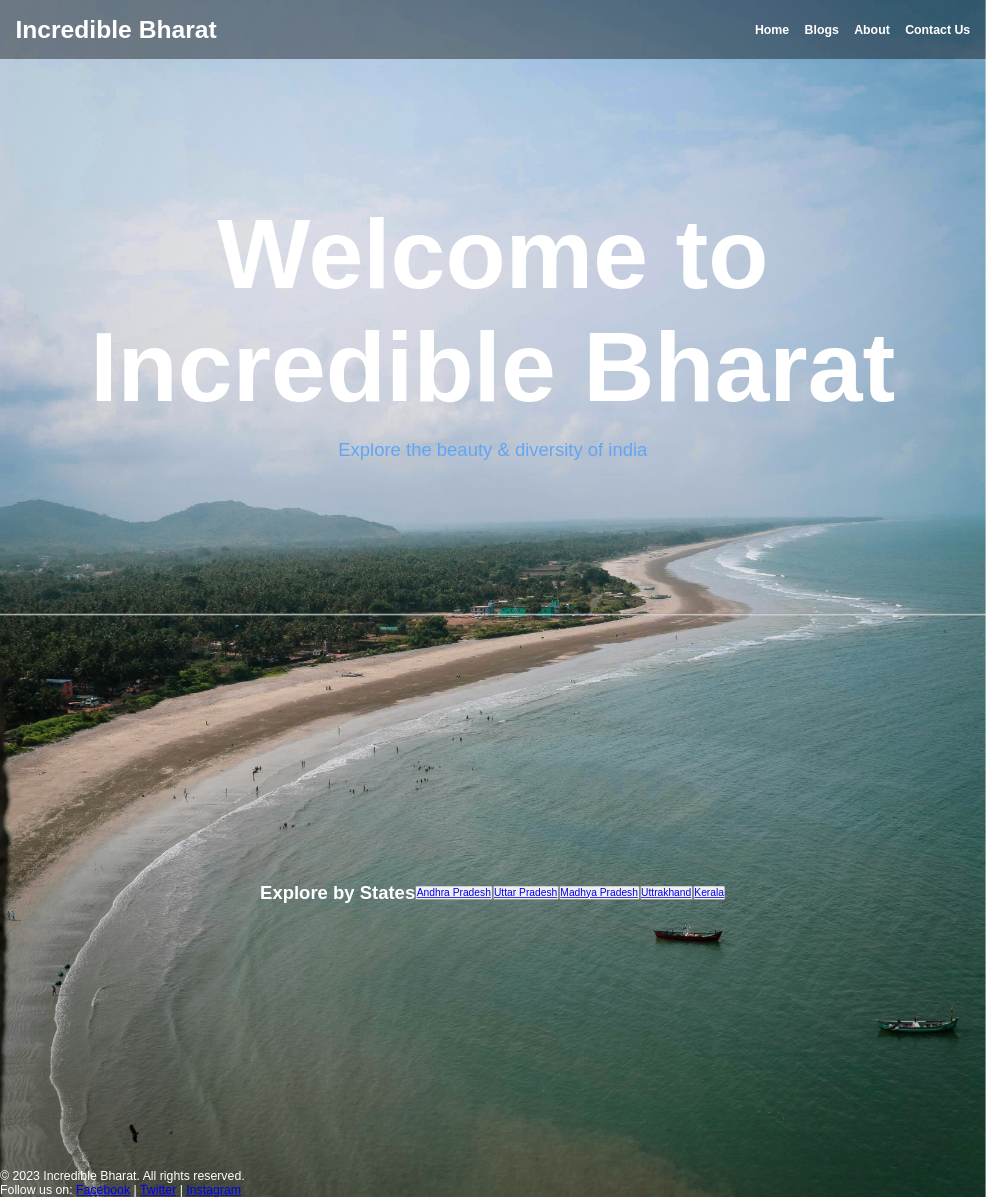
Repository: jaidhiman111/incrediblebharat
Page: index.html
An editor plug-in stored every save of this project. The page is shown before and after a run of saves, followed by the edit.
The browser window is 1280 px wide. The pictures show the whole page, at 77% of full size.
The pointer rests on the first visible `.hero-section a`.

Above is the page before, as saved 2025-04-30 22:09:41.

### index.html
<!DOCTYPE html>
<html lang="en">
<head>
    <meta charset="UTF-8">
    <link rel="stylesheet" href="/assets/style.css">
    <meta name="viewport" content="width=device-width, initial-scale=1.0">
    <title>Document</title>
</head>
<body>
    <!-- This is the header of the page. -->
    <header class="header">
        <div class="logo">
            <h1>Incredible Bharat</h1>
        </div>
        <div class="nav">
            <nav>
                <ul>
                    <li>
                        <a href="#">Home</a>
                        <a href="#">Blogs</a>
                        <a href="#">About</a>
                        <a href="#">Contact Us</a>
                    </li>
                </ul>
            </nav>
        </div>
    </header>
    <!-- This is the main content of the page. -->
     <main class="main-container">
        <section class="hero-section">
            <h2>Welcome to Incredible Bharat</h2>
            <a href="#">Explore the beauty & diversity of india</a>
        </section>
        <hr>
        <section class="state-section">
            <h2>Explore by States</h2>
            <button type="button"><a href="#">Andhra Pradesh</a></button>
            <button type="button"><a href="#">Uttar Pradesh</a></button>
            <button type="button"><a href="#">Madhya Pradesh</a></button>
            <button type="button"><a href="#">Uttrakhand</a></button>
            <button type="button"><a href="#">Kerala</a></button>
        </section>
     </main>
     <!-- This is the footer of the page. -->
      <footer class="footer">
        <div>
            <p>&copy; 2023 Incredible Bharat. All rights reserved.</p>
            <p>Follow us on:
                <a href="#">Facebook</a> |
                <a href="#">Twitter</a> |
                <a href="#">Instagram</a>
        </div>
      </footer>
</body>
</html>

### assets/style.css
* {
    box-sizing: border-box;
    margin: 0;
    padding: 0;
}

body {
    font-family: Arial, sans-serif;
    background-image: url('/media/bg-cover.jpg');
    background-size: cover;
    background-repeat: no-repeat;
    background-position: center;
    color: #fff;
}

/* This is for header */
.header {
    background-color: rgba(0, 0, 0, 0.4);
    display: flex;
    justify-content: space-between;
    align-items: center;
    padding: 20px;
    position: sticky;
    top: 0;
    text-align: center;
}

li {
    list-style: none;
    display: flex;
    gap: 20px;
}

li a {
    text-decoration: none;
    color: #fff;
    font-weight: bold;
}

a:hover {
    color: #ff6347;
}

/* This is for section */
.hero-section {
    display: flex;
    flex-direction: column;    /* stack items vertically */
    justify-content: center;   /* center vertically */
    align-items: center;       /* center horizontally */
    height: 100vh;
    text-align: center;
}

.hero-section h2 {
    font-size: 8rem;
    margin-bottom: 20px;
}

.hero-section a {
    text-decoration: none;
    color: #fff;
    font-size: 1.5rem;
    margin-bottom: 20px;
}

.hero-section a:hover {
    color: #62a6f3;
}

.state-section {
    display: flex;
    justify-content: center;
    align-items: center;
    height: 100vh;
    text-align: center;
}

After the next 2 saves:
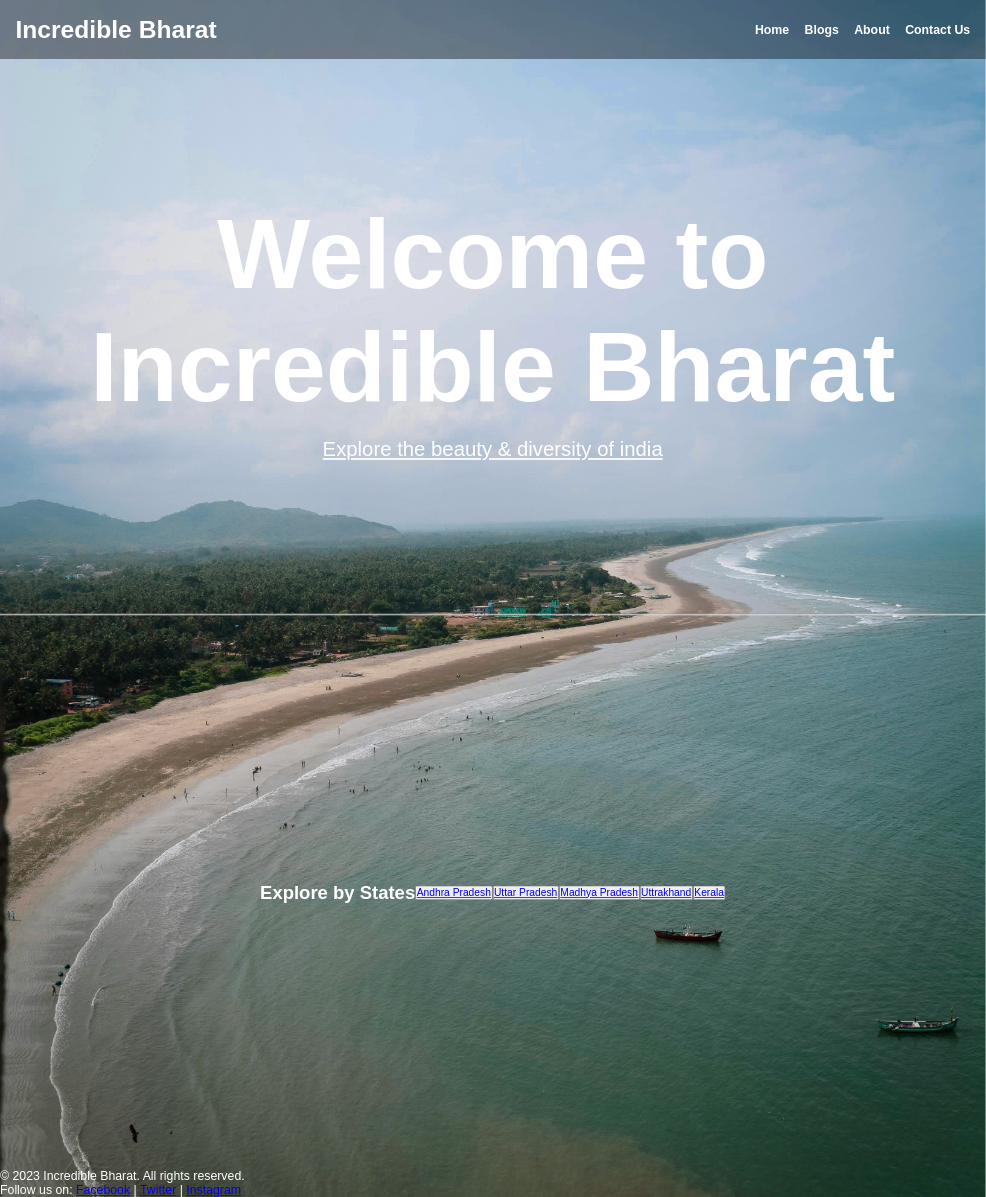
The 2 saves are shown as one change because they came seconds apart.
The last was saved 47 s later.
--- a/assets/style.css
+++ b/assets/style.css
@@ -64,7 +64,10 @@ a:hover {
 }
 
 .hero-section a:hover {
-    color: #62a6f3;
+    color: #fff;
+    text-decoration: underline;
+    transform: scale(1.1);
+    transition: transform 0.3s ease-in-out;
 }
 
 .state-section {
